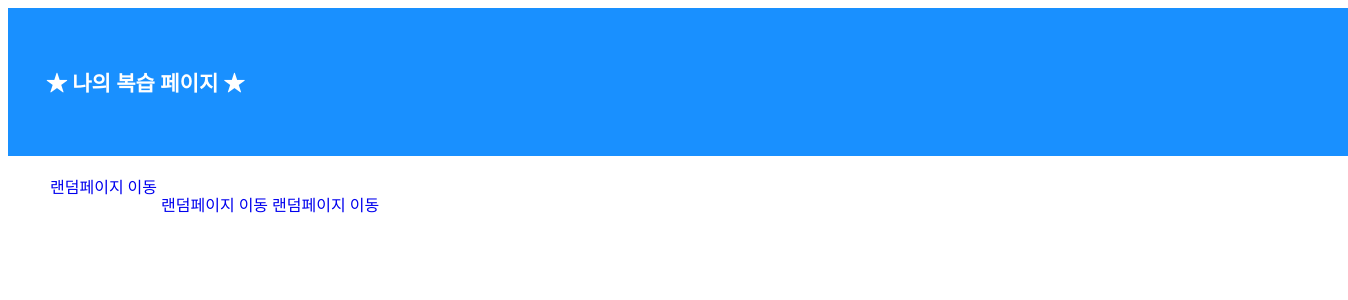
Repository: kkh1396/kh_front
Page: 05_server/99_practice/src/main/webapp/index.html
An editor plug-in stored every save of this project. The page is shown before and after the next save, followed by the edit.
The browser window is 1280 px wide. The page is 1348 px wide, so the pictures cover 1348 px, including what lies to the right of the window. The pictures show the whole page.

Above is the page before, as saved 2025-03-21 00:18:12.

After the next save:
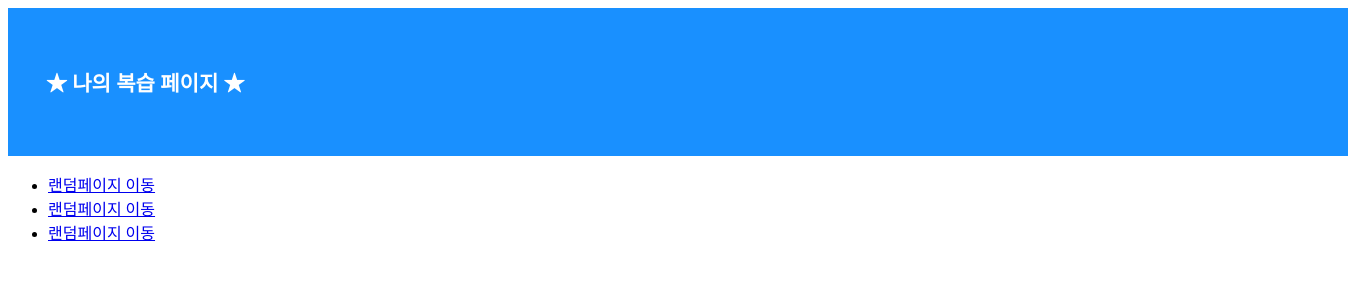
Saved 20 s later.
--- a/05_server/99_practice/src/main/webapp/index.html
+++ b/05_server/99_practice/src/main/webapp/index.html
@@ -18,14 +18,13 @@
 	<header>
 		<h3>★ 나의 복습 페이지 ★</h3>
 	</header>
-	<nav>
+	<div>
 		<ul>
 			<!-- TODO: practice1_random.html 파일로 이동하기 위한 링크 생성 -->
 			<!--  상대 경로 지정시 -->
 			 <li>
 			 	<a href="views/practice1_random.html" >랜덤페이지 이동</a>
-			 </li>
-			 <br>
+			 </l
 			 <!-- 절대 경로 지정시 -->
 			 <li>
 			 	<a href="/practice/views/practice1_random.html" >랜덤페이지 이동</a>
@@ -36,6 +35,6 @@
 			 	<a href="/practice/viewss/practice1_random.html" >랜덤페이지 이동</a>
 			 </li>
 		</ul>
-	</nav>
+	</div>
 </body>
 </html>
